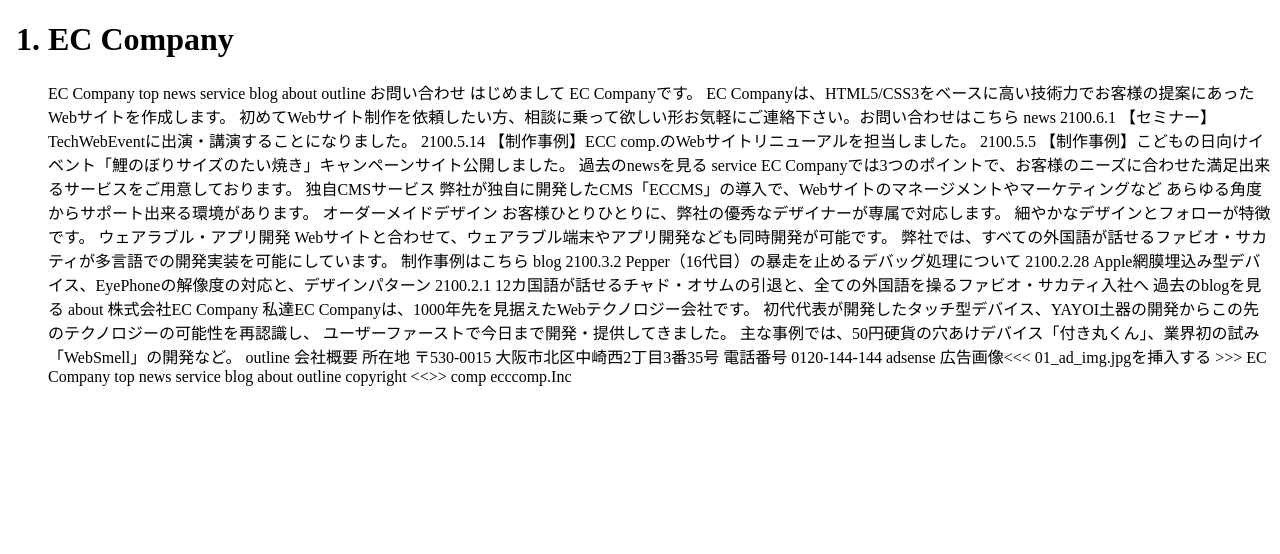
Repository: hsn320/html-practice
Page: html2/work01/work01.html
The author's editor kept a copy of each file at every save. The page is drawn from the files as they stood at one save, then again after the next save.
The browser window is 1280 px wide. The pictures show the whole page.

Above is the page before, as saved 2025-10-01 22:29:29.

After the next save:
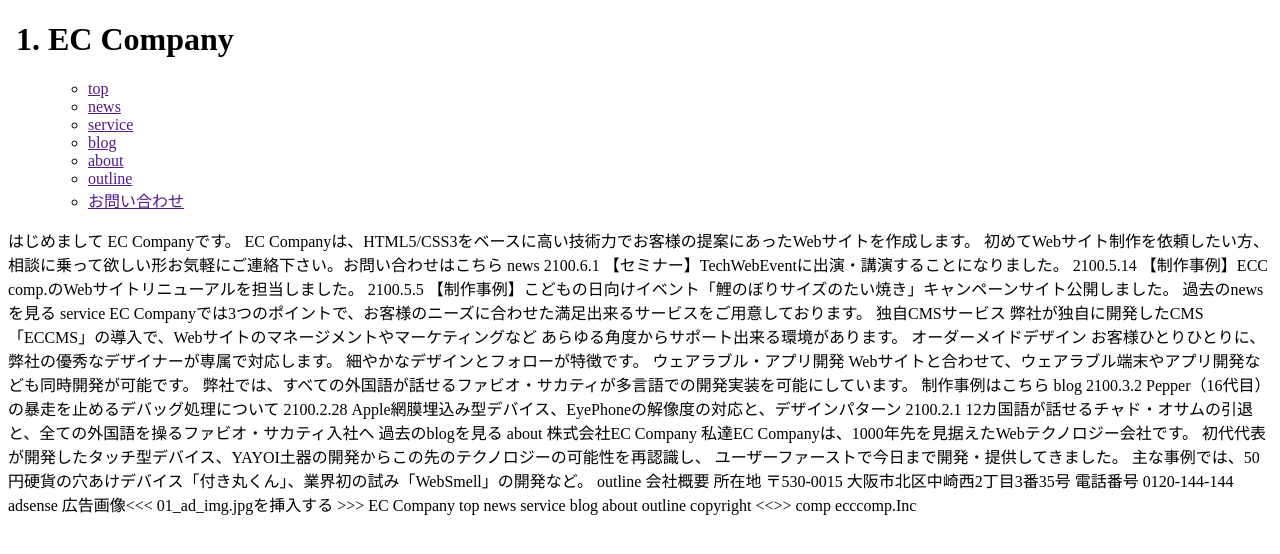
Saved 8 min 47 s later.
--- a/html2/work01/work01.html
+++ b/html2/work01/work01.html
@@ -6,18 +6,22 @@
     <title>EC Company</title>
 </head>
 <body>
-    <ol>
-        <h1><li>EC Company</li></h1>
-    EC Company
-
-top
-news
-service
-blog
-about
-outline
-お問い合わせ
-
+    <header>
+        <ol>
+            <h1><li>EC Company</li></h1>
+            <nav>
+                <ul>
+                    <li><a href="">top</a></li>
+                    <li><a href="">news</a></li>
+                    <li><a href="">service</a></li>
+                    <li><a href="">blog</a></li>
+                    <li><a href="">about</a></li>
+                    <li><a href="">outline</a></li>
+                    <li><a href="">お問い合わせ</a></li>
+                </ul>
+            </nav>
+        </ol>
+    </header>
 はじめまして EC Companyです。
 EC Companyは、HTML5/CSS3をベースに高い技術力でお客様の提案にあったWebサイトを作成します。 初めてWebサイト制作を依頼したい方、相談に乗って欲しい形お気軽にご連絡下さい。お問い合わせはこちら
 
@@ -79,6 +83,5 @@
 outline
 
 copyright <<<copyrightマークに差し替え>>> comp ecccomp.Inc
-
 </body>
 </html>
